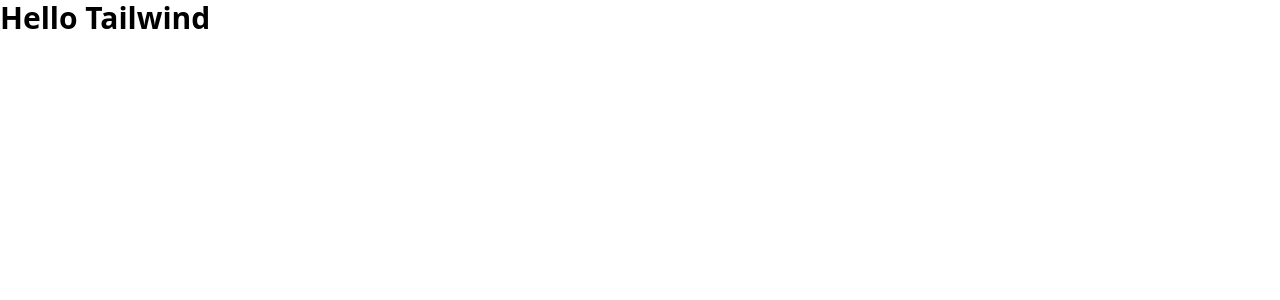
Repository: techieRahul17/blackoutscreen
Page: public/admin1.html
An editor plug-in stored every save of this project. The page is shown before and after the next save, followed by the edit.
The browser window is 1280 px wide. The pictures show the whole page.
Some web libraries are served in a nearby version.

Above is the page before, as saved 2025-08-28 19:10:57.

After the next save:
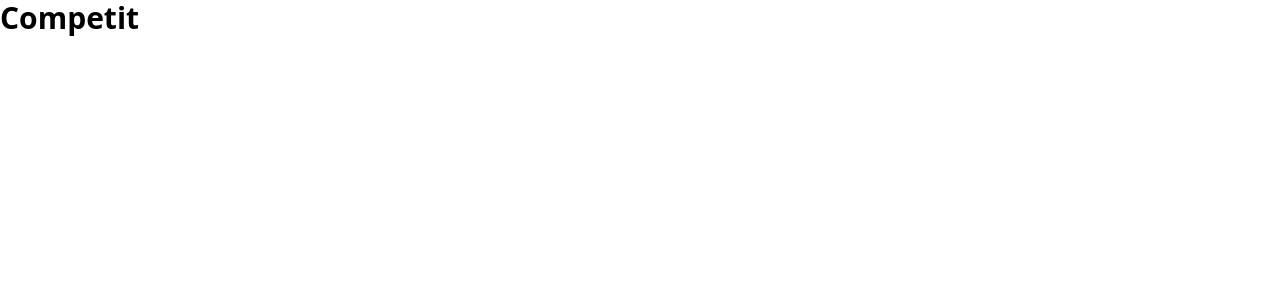
Saved 17 s later.
--- a/public/admin1.html
+++ b/public/admin1.html
@@ -5,7 +5,7 @@
     <script src="https://cdn.tailwindcss.com"></script>
     <div>
       <div className="w-96 h-40">
-       <h1 class="text-3xl font-bold text-black">Hello Tailwind</h1>
+       <h1 class="text-3xl font-bold text-black">Competit</h1>
 
     </div>
 
